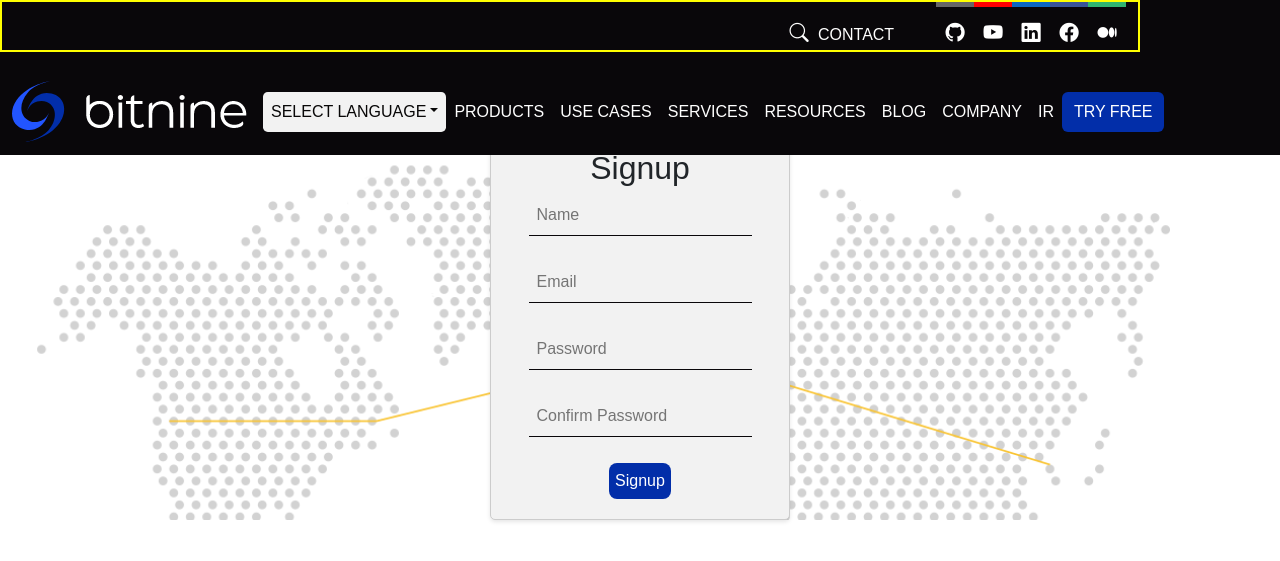
Repository: devblackie/signinpage
Page: /
An editor plug-in stored every save of this project. The page is shown before and after the next save, followed by the edit.
The browser window is 1280 px wide. The pictures show the whole page.
Some web fonts or font styles are not loaded; a fallback is used. The project was rebuilt for these pictures with package versions that can differ from the ones it lists, and the page was loaded fresh each time. Also part of the build but not shown: vite.config.js, src/components/Login.jsx, src/components/Dashboard.jsx, src/components/Home.jsx, src/components/ProtectedDashboard.jsx.

Above is the page before, as saved 2023-08-28 17:42:07.

After the next save:
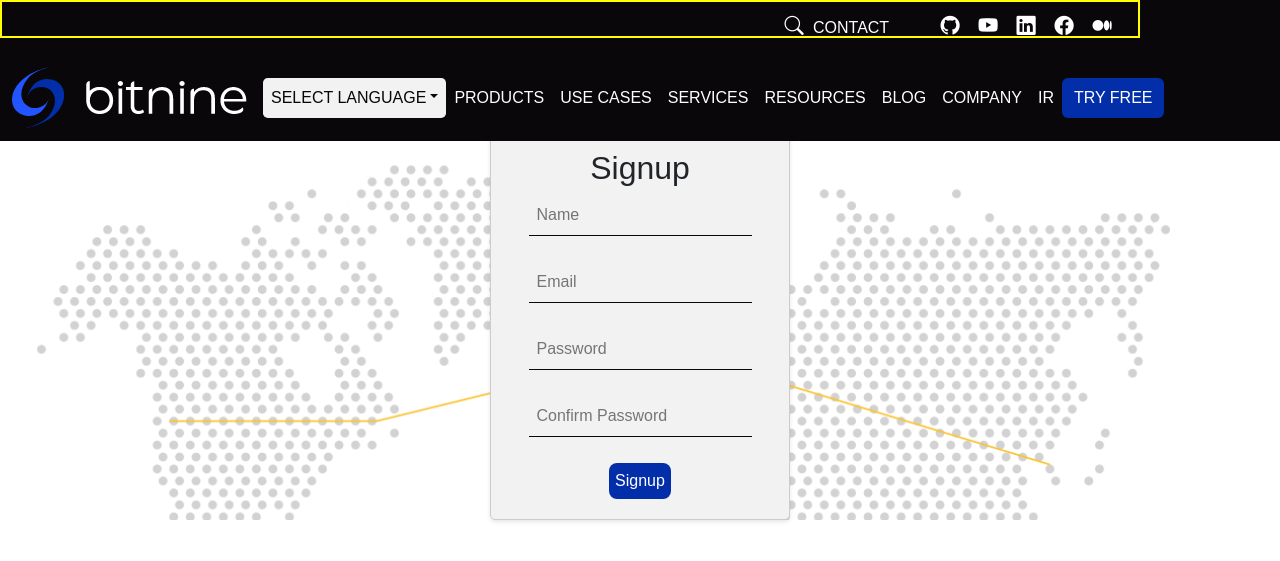
Saved 12 s later.
--- a/src/components/style/navbar.css
+++ b/src/components/style/navbar.css
@@ -24,7 +24,7 @@
 }
 
 .topbar .container .row {
-  /* margin: -7px; */
+  margin: -7px;
 }
 
 ul.social-network {
